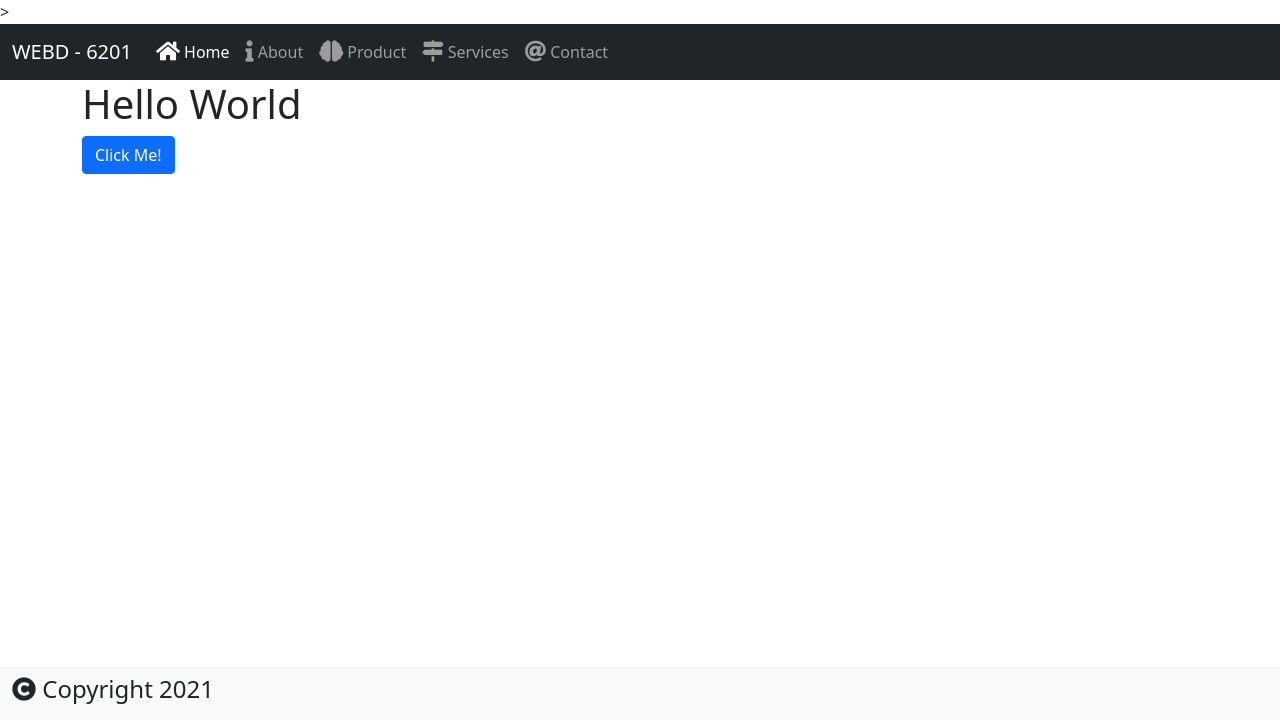
Repository: CKM206/WEBD6201-W2021-Week1
Page: index.html
The author's editor kept a copy of each file at every save. The page is drawn from the files as they stood at one save, then again after the next save.
The browser window is 1280 px wide. The pictures show the whole page.

Above is the page before, as saved 2021-01-14 10:49:48.

After the next save:
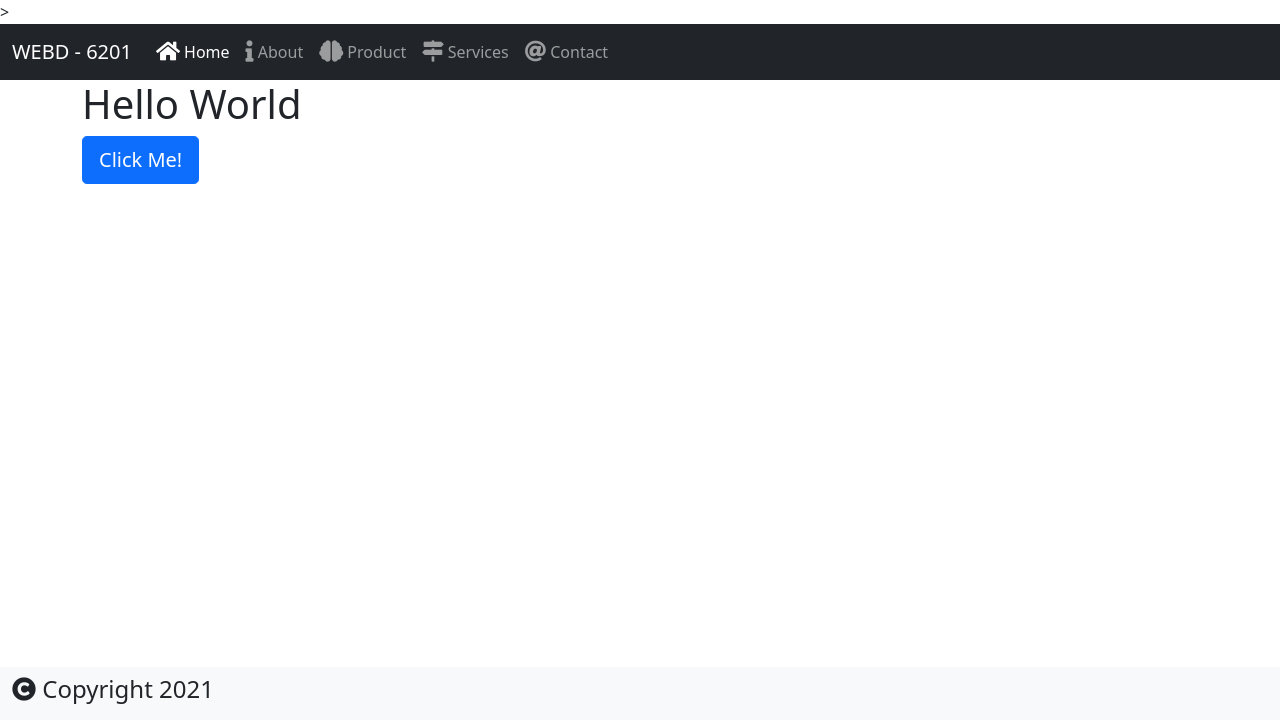
Saved 10 s later.
--- a/index.html
+++ b/index.html
@@ -61,7 +61,7 @@
 
         <main class="container">
             <h1>Hello World</h1>
-            <button class="btn btn-primary">Click Me!</button>
+            <button class="btn btn-primary btn-lg">Click Me!</button>
         </main>
 
         <!-- Footer Section -->
